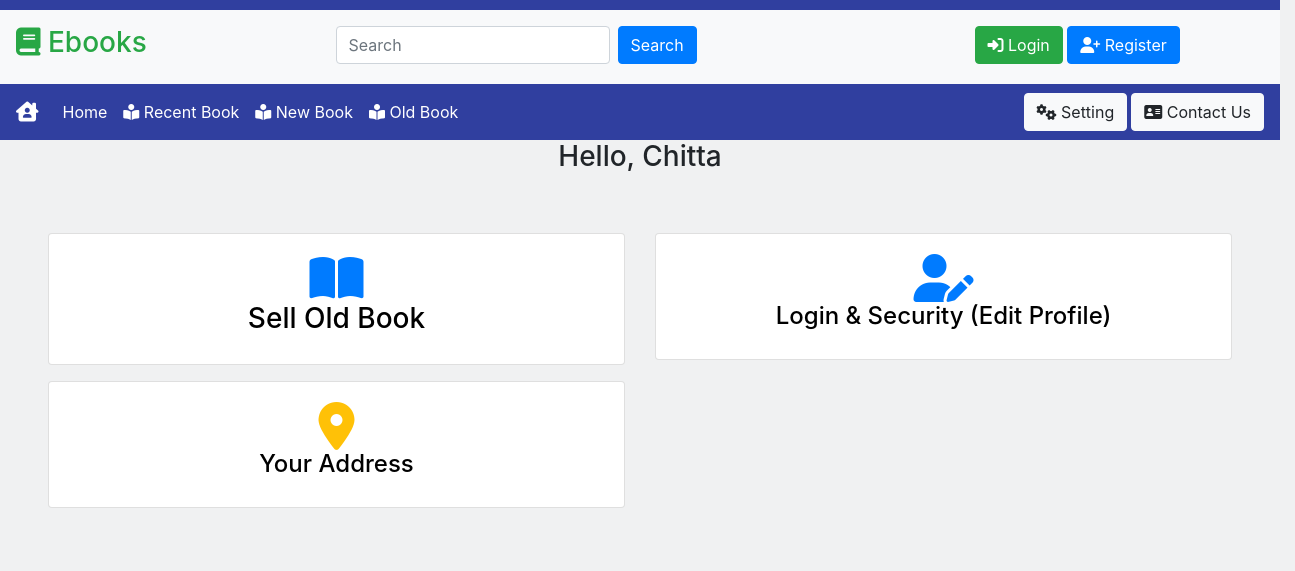
Repository: chittaranjan24/E-Books_Management_System
Page: http://localhost/Ebook-App/setting.jsp
An editor plug-in stored every save of this project. The page is shown before and after the next save, followed by the edit.
The browser window is 1280 px wide. The page is 1295 px wide, so the pictures cover 1295 px, including what lies to the right of the window. The pictures show the whole page.
Some web libraries are served in a nearby version. The page is served by Tomcat 9.

Above is the page before, as saved 2023-08-31 10:09:12.

After the next save:
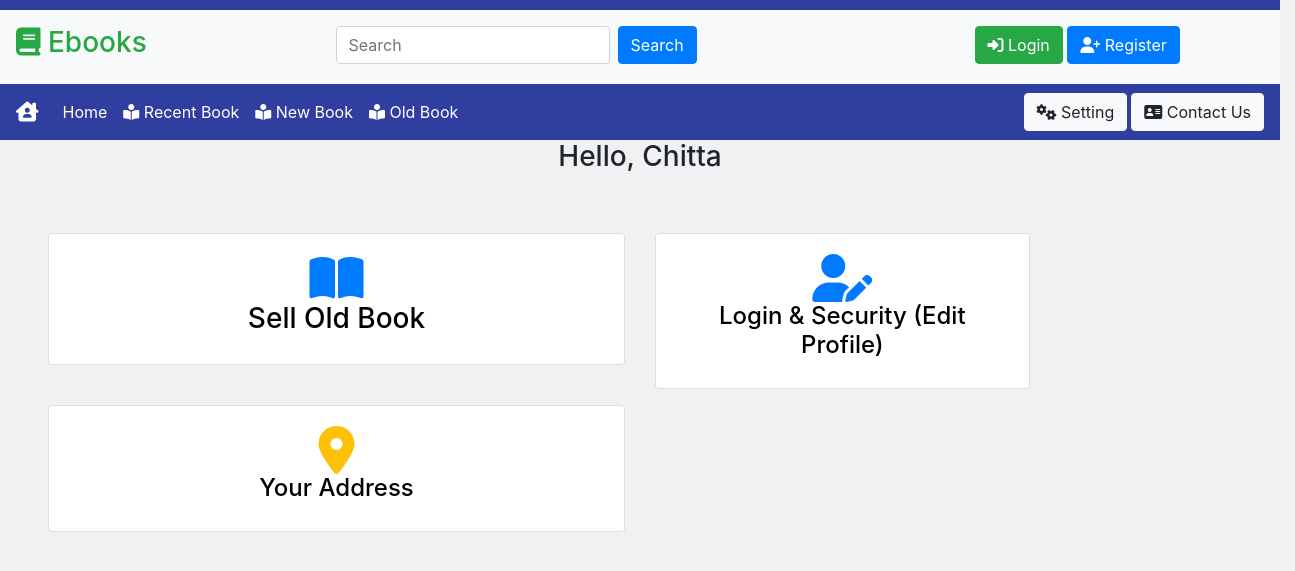
Saved 28 s later.
--- a/Ebook-App/src/main/webapp/setting.jsp
+++ b/Ebook-App/src/main/webapp/setting.jsp
@@ -36,7 +36,7 @@
 				</a>
 			</div>
 
-			<div class="col-md-6 mt-1">
+			<div class="col-md-4 mt-1">
 				<a href="">
 					<div class="card">
 						<div class="card-body text-center">
